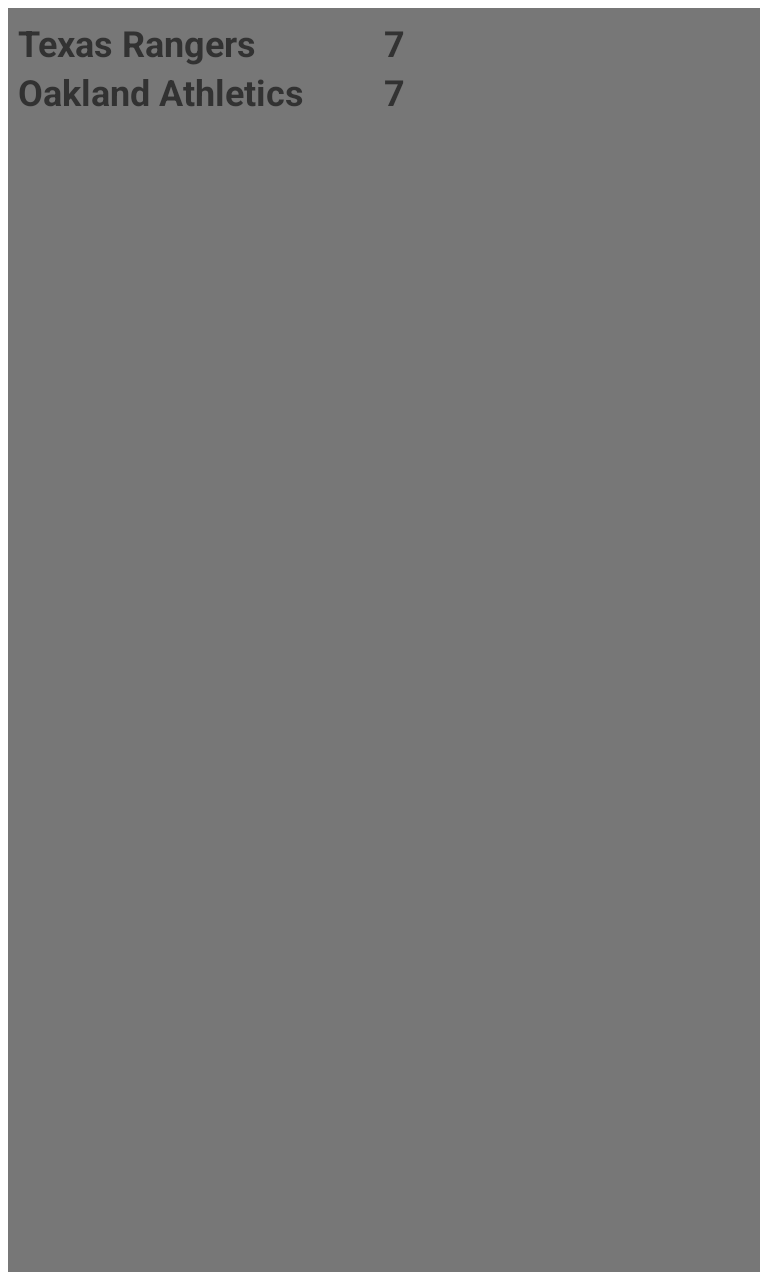
Repository: jemcphe/MDF3
Layout: Week3 Widget/TeamWidget/res/layout/widget_layout.xml
These files come from the project's save history. The layout is drawn as it stood at one moment and after the next save; the edit follows.
It is drawn on a 768 x 1280 px phone screen (xhdpi) without system bars, with theme AppTheme; the app's code is not run.

Above is the layout before, as saved 2013-07-26 02:50:56.

After the next save:
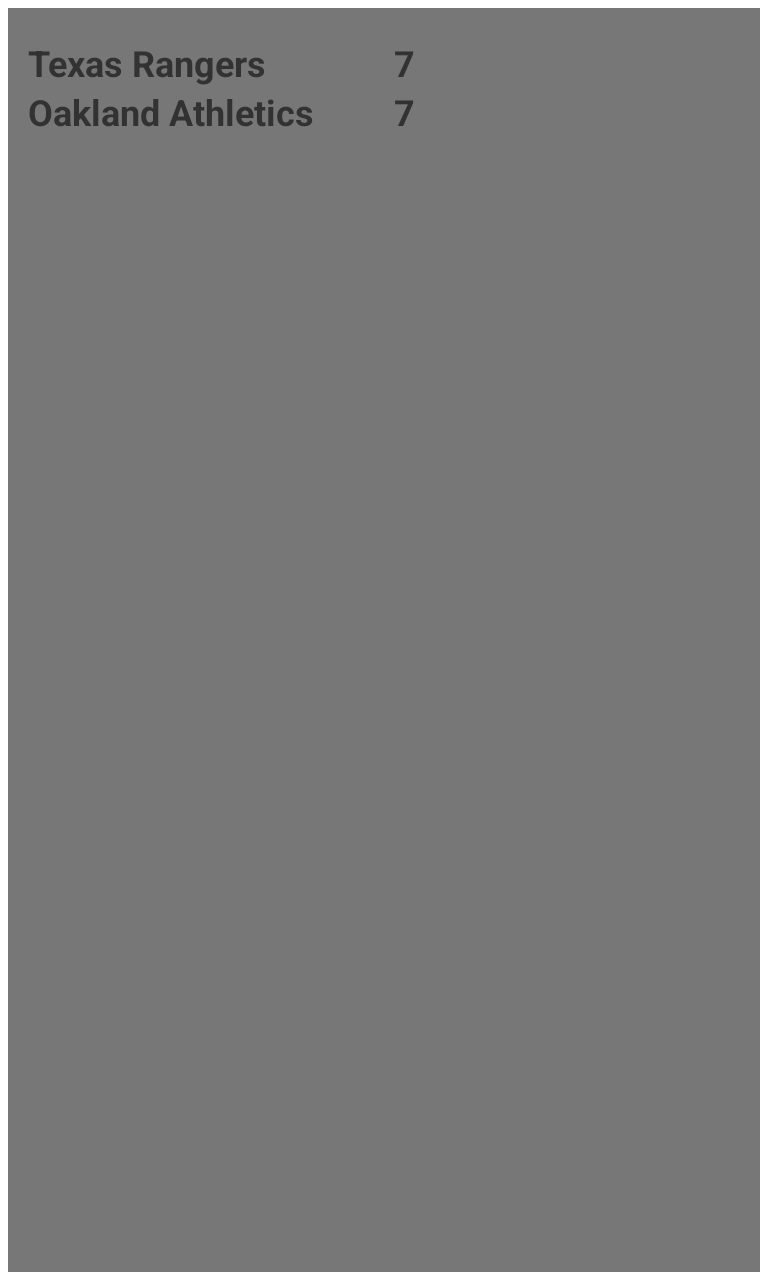
Saved 87 s later.
--- a/Week3 Widget/TeamWidget/res/layout/widget_layout.xml
+++ b/Week3 Widget/TeamWidget/res/layout/widget_layout.xml
@@ -11,7 +11,8 @@
             android:layout_height="match_parent"
             android:columnCount="2"
             android:background="#777777"
-            android:padding="5dp"
+            android:paddingTop="15dp"
+            android:paddingLeft="10dp"
             android:layout_gravity="center_horizontal" >
 
         <TextView
